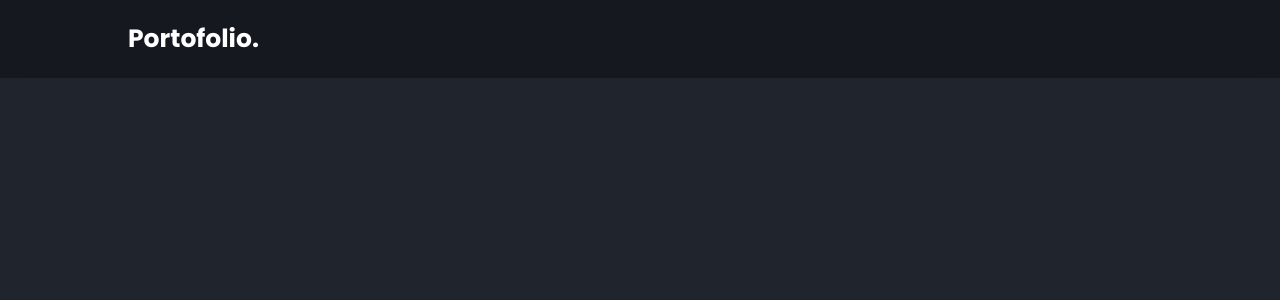
Repository: Olovrelvino/personalWebsite-HtmlCssJs-project
Page: portofolio.html
The author's editor kept a copy of each file at every save. The page is drawn from the files as they stood at one save, then again after the next save.
The browser window is 1280 px wide. The pictures show the whole page.

Above is the page before, as saved 2024-09-21 20:45:33.

### portofolio.html
<!DOCTYPE html>
<html lang="en">
<head>
    <meta charset="UTF-8">
    <meta name="viewport" content="width=device-width, initial-scale=1.0">
    <title>Portofolio</title>
    <link rel="stylesheet" href="portfolio.css">
</head>
<body>
        <!-- NAVBAR SECTION -->
        <header class="header">
            <a href="#" class="logo">Portofolio.</a>

            <nav class="navbar">
                <a href="#home" style="--i:1;" class="active">Home</a>
                <a href="#about" style="--i:2;">About</a>
                <a href="#Skills" style="--i:3;">Skills</a>
                <a href="portofolio.html" style="--i:4;">Portofolio</a>
                <a href="#" style="--i:5;">Contact</a>
            </nav>
        </header>

</body>
</html>

### portfolio.css
@import url('https://fonts.googleapis.com/css?family=Poppins:400,700,900');

* {
    margin: 0;
    padding: 0;
    border: none;
    outline: none;
    scroll-behavior: smooth;
    box-sizing: border-box;
    font-family: 'Poppins', sans-serif;
}

body {
    background: #1f242d;
    color: #fff;
    overflow-x: hidden;

}

.header {
    position: fixed;
    top: 0;
    left: 0;
    width: 100%;
    padding: 20px 10%;
    background: rgba(0, 0, 0, 0.3);
    backdrop-filter: blur(10px);
    display: flex;
    justify-content: space-between;
    align-items: center;
    z-index: 100;

}

.logo {
    font-size: 25px;
    color: #fff;
    text-decoration: none;
    font-weight: 600;
    cursor: default;

}

.navbar a {
    display: inline-block;
    font-size: 18px;
    color: #fff;
    text-decoration: none;
    font-weight: 500;
    margin-left: 35px;
    transition: .3s;
    opacity: 0;
    animation: slideTop 1s ease forwards;
    animation-delay: calc(.2s * var(--i));

}

.navbar a:hover,
.navbar a.active {
    color: #0ef;

}

After the next save:
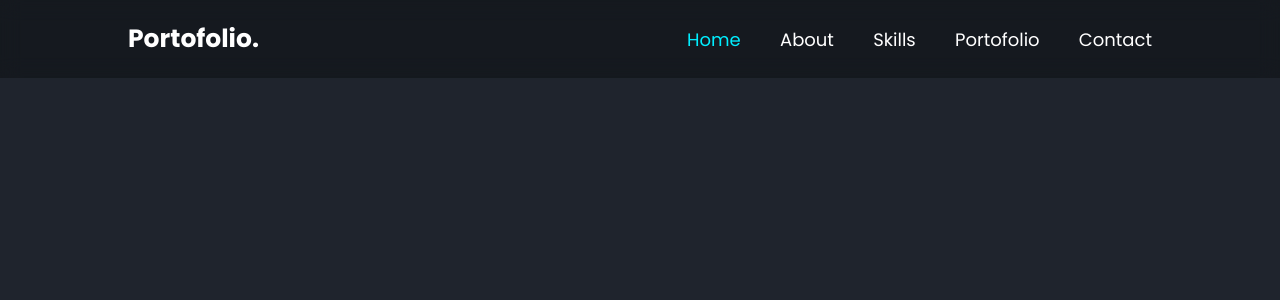
Saved 7 s later.
--- a/portfolio.css
+++ b/portfolio.css
@@ -49,9 +49,6 @@ body {
     font-weight: 500;
     margin-left: 35px;
     transition: .3s;
-    opacity: 0;
-    animation: slideTop 1s ease forwards;
-    animation-delay: calc(.2s * var(--i));
 
 }
 
